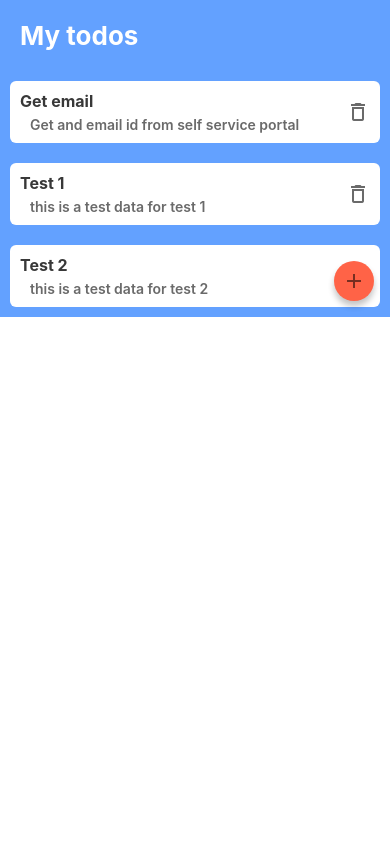
Repository: sadarsh216/Todo-App
Screen: /
These files come from the project's save history. The screen is drawn as it stood at one moment and after the next save; the edit follows.
The app was drawn by React Native's web renderer in a window 390 px wide. The project was rebuilt for these pictures with package versions that can differ from the ones it lists, and the page was loaded fresh each time.

Above is the screen before, as saved 2021-10-09 13:26:12.

### App.tsx
import { StatusBar } from "expo-status-bar";
import React from "react";
import { SafeAreaView, ScrollView, StyleSheet, Text, View } from "react-native";
import Todos from "./Pages/Todos";
import { FAB } from "react-native-paper";

export default function App() {
  const [showAdd, setAdd] = React.useState(false);
  return (
    <SafeAreaView>
      <View style={styles.container}>
        <ScrollView>
          <Text style={styles.heading}>My todos</Text>
          <Todos />
        </ScrollView>
      </View>
      <FAB style={styles.fab} small icon="plus" onPress={() => setAdd(true)} />
    </SafeAreaView>
  );
}

const styles = StyleSheet.create({
  container: {
    height: "100%",
    backgroundColor: "#63a1ff",
  },
  heading: {
    color: "white",
    fontSize: 26,
    fontWeight: "bold",
    margin: 20,
  },
  fab: {
    backgroundColor: "tomato",
    color: "#fff",
    position: "absolute",
    margin: 16,
    right: 0,
    bottom: 0,
  },
});

### Pages/Todos.tsx
import React from "react";
import { View, Text, StyleSheet, TouchableOpacity } from "react-native";
import { MaterialCommunityIcons } from "@expo/vector-icons";

export default function Todos() {
  const [todos, setTodos] = React.useState([
    {
      title: "Get email",
      description: "Get and email id from self service portal",
      id: 0,
    },
    { title: "Test 1", description: "this is a test data for test 1", id: 1 },
    { title: "Test 2", description: "this is a test data for test 2 ", id: 2 },
  ]);
  const deleteTodo = () => {
    alert("deleted");
  };
  return (
    <>
      {todos.map((item, key) => (
        <View key={item.id} style={styles.card}>
          <View style={styles.details}>
            <Text style={styles.title}>{item.title}</Text>
            <Text style={styles.desc}>{item.description}</Text>
          </View>
          <View style={styles.deleteSection}>
            <TouchableOpacity onPress={deleteTodo}>
              <MaterialCommunityIcons
                name="delete-outline"
                size={24}
                color="#6a6a6a"
              />
            </TouchableOpacity>
          </View>
        </View>
      ))}
    </>
  );
}

const styles = StyleSheet.create({
  card: {
    display: "flex",
    flexDirection: "row",
    backgroundColor: "#fff",
    margin: 10,
    borderRadius: 6,
    elevation: 4,
    padding: 10,
  },
  title: {
    fontSize: 16,
    marginBottom: 5,
    fontWeight: "bold",
    color: "#383838",
  },
  desc: {
    paddingHorizontal: 10,
    fontWeight: "600",
    color: "#6a6a6a",
  },
  details: {
    flex: 2,
  },
  deleteSection: {
    justifyContent: "center",
  },
});

After the next save:
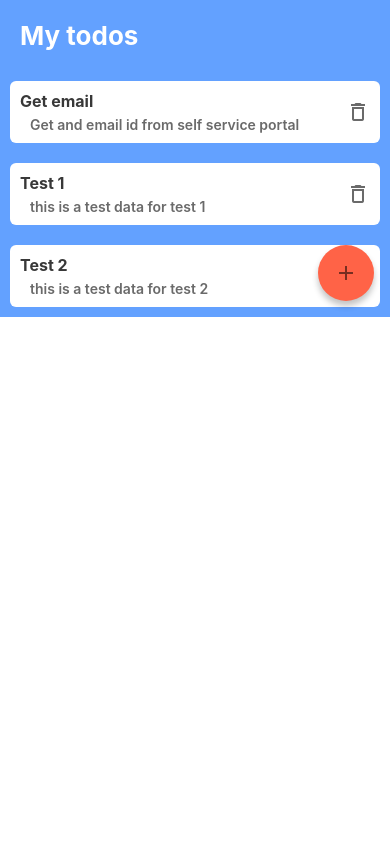
Saved 19 s later.
--- a/App.tsx
+++ b/App.tsx
@@ -14,7 +14,7 @@
           <Todos />
         </ScrollView>
       </View>
-      <FAB style={styles.fab} small icon="plus" onPress={() => setAdd(true)} />
+      <FAB style={styles.fab}  icon="plus" onPress={() => setAdd(true)} />
     </SafeAreaView>
   );
 }

After the save that followed:
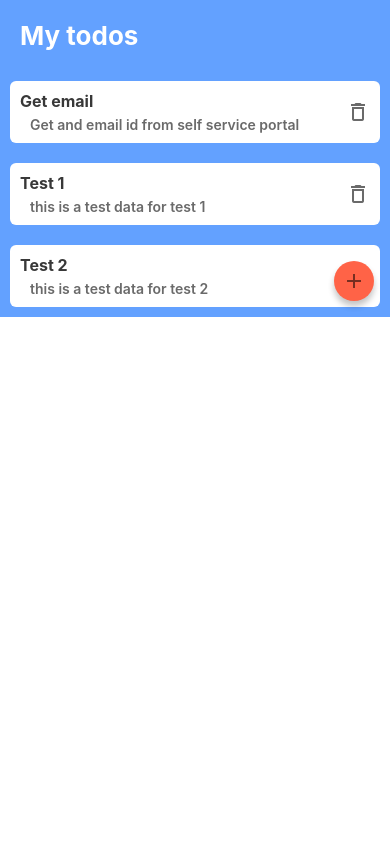
Saved 4 s later.
--- a/App.tsx
+++ b/App.tsx
@@ -14,7 +14,7 @@
           <Todos />
         </ScrollView>
       </View>
-      <FAB style={styles.fab}  icon="plus" onPress={() => setAdd(true)} />
+      <FAB style={styles.fab} small icon="plus" onPress={() => setAdd(true)} />
     </SafeAreaView>
   );
 }
